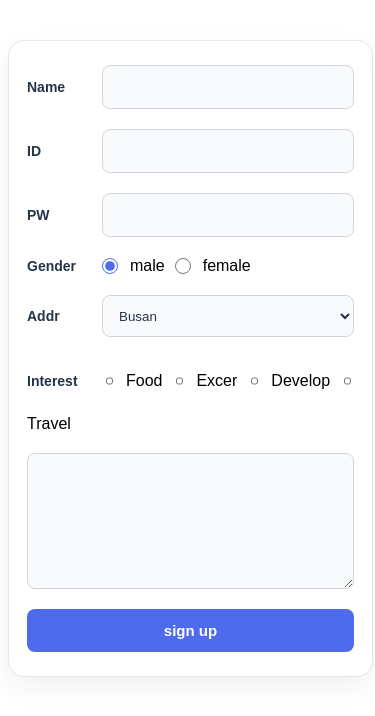
Repository: 9re9ori0426/Bootcamp
Page: webws/03_InputOutput/src/main/webapp/reg.html
These files come from the project's save history. The page is drawn as it stood at one moment and after the next save; the edit follows.
The browser window is 375 px wide. The pictures show the whole page.

Above is the page before, as saved 2026-10-20 07:40:34.

After the next save:
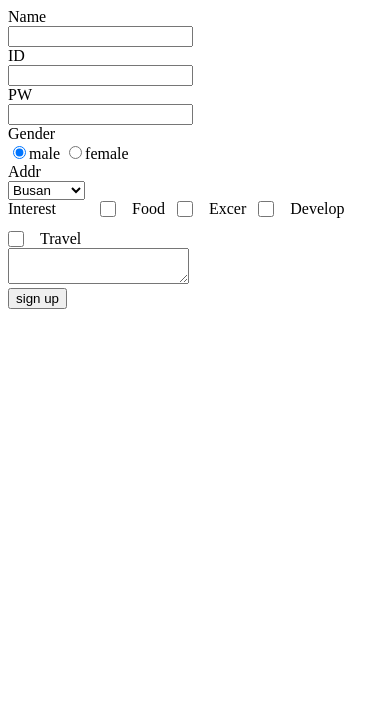
Saved 43 s later.
--- a/webws/03_InputOutput/src/main/webapp/reg.css
+++ b/webws/03_InputOutput/src/main/webapp/reg.css
@@ -1,142 +1,26 @@
-@charset "UTF-8";
-
-
-:root {
-  --primary: #4f6bed;
-  --primary-hover: #3d55d6;
-  --text: #263449;
-  --text-muted: #6b7280;
-  --border: #d1d5db;
-  --background: #f8fafc;
-  --surface: #ffffff;
-  --radius: 8px;
-  --focus-shadow: rgba(79, 107, 237, 0.15);
+/* Interest checkbox */
+.signup-row input[type="checkbox"] {
+  width: 16px;
+  height: 16px;
+  margin: 0 4px 0 0;
+  accent-color: var(--primary);
+  cursor: pointer;
+  vertical-align: middle;
 }
 
-form {
-  width: 100%;
-  max-width: 480px;
-  margin: 40px auto;
-  padding: 32px;
-  background: var(--surface);
-  border: 1px solid #e5e7eb;
-  border-radius: 16px;
-  box-shadow: 0 10px 30px rgba(0, 0, 0, 0.06);
-  font-family: Arial, sans-serif;
-}
-
-.signup-row {
+/* Interest row layout */
+.signup-row:has(input[type="checkbox"]) {
   display: flex;
   align-items: center;
   flex-wrap: wrap;
   gap: 12px;
-  margin-bottom: 20px;
 }
 
-.signup-row > div {
+.signup-row:has(input[type="checkbox"]) > div {
   flex: 0 0 80px;
-  color: var(--text);
-  font-size: 14px;
-  font-weight: 600;
 }
 
-/* Text, ID, Password inputs */
-.signup-row > input:not([type="radio"]) {
-  flex: 1;
-  min-width: 0;
-  height: 42px;
-  padding: 0 12px;
-  color: var(--text);
-  background: var(--background);
-  border: 1px solid var(--border);
-  border-radius: var(--radius);
-  outline: none;
-  transition: border-color 0.2s, box-shadow 0.2s;
+/* Checkbox hover */
+.signup-row input[type="checkbox"]:hover {
+  filter: brightness(0.9);
 }
-
-/* Select */
-.signup-row select {
-  flex: 1;
-  min-width: 0;
-  height: 42px;
-  padding: 0 12px;
-  color: var(--text);
-  background: var(--background);
-  border: 1px solid var(--border);
-  border-radius: var(--radius);
-  outline: none;
-  cursor: pointer;
-}
-
-/* Textarea row */
-.signup-row:has(textarea) {
-  align-items: stretch;
-}
-
-.signup-row textarea {
-  width: 100%;
-  min-height: 110px;
-  padding: 12px;
-  color: var(--text);
-  background: var(--background);
-  border: 1px solid var(--border);
-  border-radius: var(--radius);
-  font: inherit;
-  resize: vertical;
-  outline: none;
-}
-
-/* Focus effect */
-.signup-row input:focus,
-.signup-row select:focus,
-.signup-row textarea:focus {
-  border-color: var(--primary);
-  box-shadow: 0 0 0 3px var(--focus-shadow);
-}
-
-/* Radio buttons */
-.signup-row input[type="radio"] {
-  width: 16px;
-  height: 16px;
-  margin: 0 2px 0 0;
-  accent-color: var(--primary);
-  cursor: pointer;
-}
-
-/* Submit button */
-form > button {
-  width: 100%;
-  padding: 13px;
-  color: #fff;
-  background: var(--primary);
-  border: none;
-  border-radius: var(--radius);
-  font-size: 15px;
-  font-weight: 700;
-  cursor: pointer;
-  transition: background 0.2s, transform 0.2s;
-}
-
-form > button:hover {
-  background: var(--primary-hover);
-}
-
-form > button:active {
-  transform: scale(0.98);
-}
-
-/* Mobile */
-@media (max-width: 520px) {
-  form {
-    width: calc(100% - 32px);
-    padding: 24px 18px;
-  }
-
-  .signup-row {
-    gap: 10px;
-  }
-
-  .signup-row > div {
-    flex-basis: 65px;
-  }
-}
